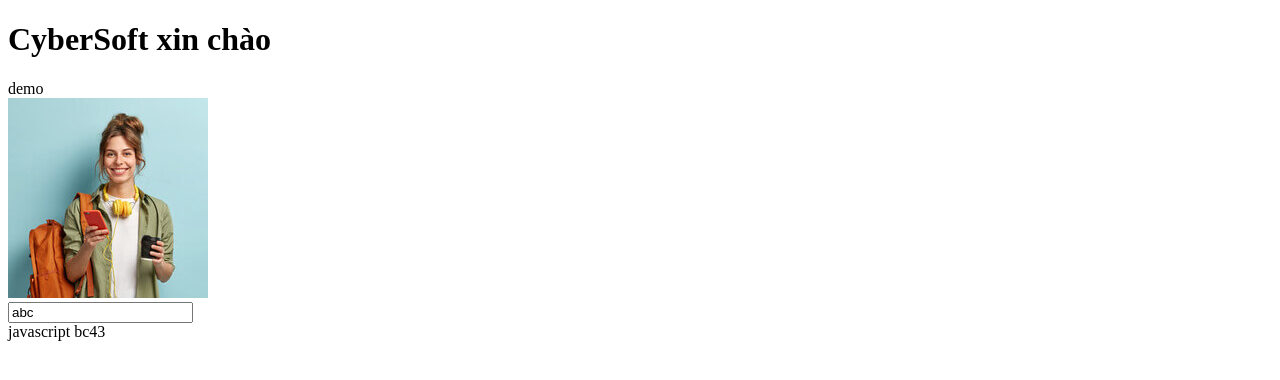
Repository: hcozyph/cyberSoft_JS_fulldocs
Page: JS_buoi1/index.html
An editor plug-in stored every save of this project. The page is shown before and after the next save, followed by the edit.
The browser window is 1280 px wide. The pictures show the whole page.

Above is the page before, as saved 2023-01-15 11:24:53.
Console error: TypeError: Cannot set properties of null (setting 'src')

### JS_buoi1/index.html
<!DOCTYPE html>
<html lang="en">
    <head>
        <meta charset="UTF-8" />
        <meta http-equiv="X-UA-Compatible" content="IE=edge" />
        <meta name="viewport" content="width=h1d, initial-scale=1.0" />
        <title>Document</title>
    </head>
    <body>
        <h1 id="title">Hello cyberSoft -js buổi 1</h1>

        <div id="content">123</div>

        <img id="hinhANh" src="../img/pic1_4.jpg" alt="" />

        <br />

        <!-- input: text -->
        <input type="text" value="abc" name="" id="txt" />

        <br />

        <script src="./index.js"></script>
        <script src="./jsDom.js"></script>
    </body>
</html>

### JS_buoi1/index.js
            /*
            Các lệnh OUTPUT
            doucument.write: ghi lại nội dung lên html
            alert: hiển thị nội dung lên hộp thoại trên trình duyệt
            */

            document.write("javascript bc43");
            // alert("hello CyberSoft");
            console.log("lỗi đăng nhập thất bại");

            //Khai báo bieesnL đặt tên biến phải có ý nghĩa, tránh trùng 1 số từ khóa
            var thongBao = "lỗi đăng nhập thất bại";

            console.log(thongBao);
            console.log(thongBao);
            console.log(thongBao);
            console.log(thongBao);

            //KIỂU DỮ LIỆU (primative value - giá trị cơ sở  - máy tính đọc cái hiểu liền)
            var luong = 150;
            var soDienThoai = "+84 08989899"; //string
            var hople = true;

            //PHÉP TÍNH SỐ HỌC - TOÁN TỬ - OPERATOR
            var soA = 5;
            var soB = 10;
            var tong = soA + soB;
            var hieu = soA - soB;
            var thuong = soB / soA;
            var soDu = soA % soB;
            console.log(tong);
            console.log(hieu);
            console.log(thuong);
            console.log(soDu);

            console.log(10 + 10);
            console.log("10" + "10");
            console.log("10" * "10");
            // Number('chuoi'): Ép kiểu từ chuỗi sang số, NaN xảy ra khi ép k phải số
            var tong = Number(soA) + Number(soB);

            //Bài tập 1: tính trung bình và in ra màn hình
            var diemToan = 10;
            var diemLy = 8;
            var diemHoa = 9;

            var diemTB = (diemToan + diemLy + diemHoa) / Number(3);

            console.log("Điểm Trung Bình là", diemTB);

            //Bài tập 2: tính chiều dài cạnh huyền của tam giác vuông
            //input
            var canhGV1 = 3;
            var canhGV2 = 4;
            //output: cạnh huyền?
            // Tính căn bậc 2: Math.sqrt(giá_trị), Math.pow(giatri, soMũ)
            var canhHuyen = Math.sqrt(
                Math.pow(canhGV1, 2) + Math.pow(canhGV2, 2)
            );
            console.log("Chiều dài cạnh huyền là", canhHuyen);
            console.log("Chiều dài cạnh huyền là", canhHuyen);

            //Bài tập 3:
            //Chương trình tính số lương trên số giờ làm viêc / tháng
            //Biết rằng số giờ làm việc trong 1 tháng là 150 giờ, 1 giờ làm 20 đô.
            //Tính lương?

            /*
            Mô hình 3 khối:

            input: số giờ làm việc trong 1 tháng
            output: tính số lương
            */
            //input
            var soGioLam = 150;
            var tienCong1H = 20;

            //output
            var tienLuong = 0;

            tienLuonG = soGioLam * tienCong1H;
            console.log("Tiền lương 1 tháng là", tienLuong);

            /*TOÁN TỬ NÂNG CAO*/
            //phép tiền tố, hậu tố
            var soHang = 1;
            soHang = soHang + 1;
            console.log(++soHang); //tiền tố: thực hiện tố trước lệnh sau
            console.log(soHang++); //hậu tố: thực hiện lệnh trước tố sau

            soHang2 = 10;
            soHang2 -= 5; //=> 5

            //Bài 4: Chuyển tiền USD sang VND
            //input:number
            var priceUSD = 987;
            const tigia = 23000;

            //output
            var priceVND = priceUSD * tigia;
            console.log("Số tiền VND là", priceVND.toLocaleString());

### JS_buoi1/jsDom.js
// alert(123);
/*
    Truy xuất đến thẻ thông qua id
    var theH1 = document.getElementById('id');

    theH1.innerHTML
*/

//innerHTML: là phần nội dung ở giữa hai thẻ đóng mở
// document.getElementById('title').innerHTML = 'CyberSoft xin chào';
var theH1 = document.getElementById('title');
theH1.innerHTML = 'CyberSoft xin chào';

var theDivContent = document.getElementById('content');
theDivContent.innerHTML = 'demo';

var theImg = document.getElementById('hinhAnh');
theImg.src ='../img/pic3_3.jpg';

var theInput = document.getElementById('txt');
theInput.value ='cybersoft';

After the next save:
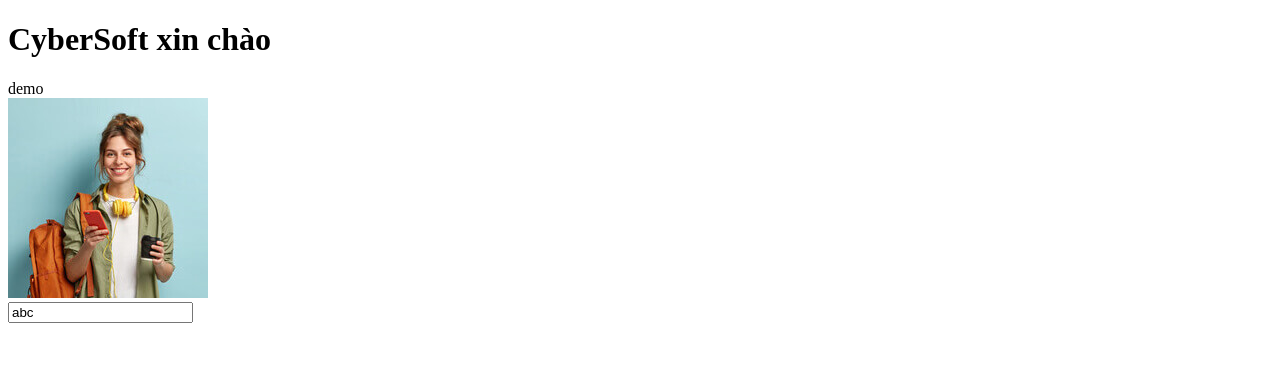
Saved 63 s later.
--- a/JS_buoi1/index.js
+++ b/JS_buoi1/index.js
@@ -4,7 +4,7 @@
             alert: hiển thị nội dung lên hộp thoại trên trình duyệt
             */
 
-            document.write("javascript bc43");
+            // document.write("javascript bc43");
             // alert("hello CyberSoft");
             console.log("lỗi đăng nhập thất bại");
 
